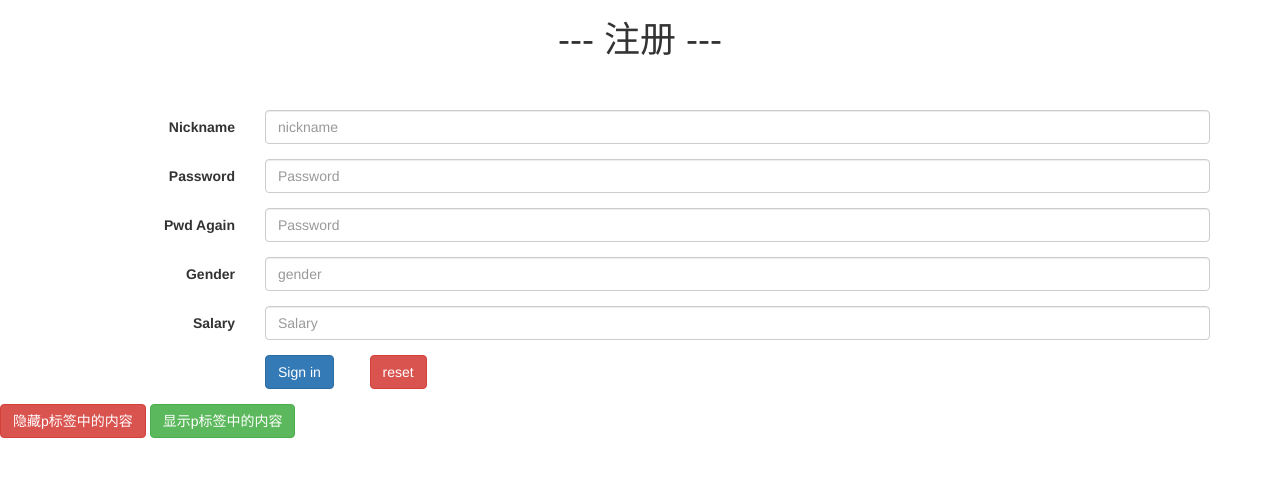
Repository: JuniorProjectTraining/free
Page: http://localhost/emss/register.jsp
These files come from the project's save history. The page is drawn as it stood at one moment and after the next save; the edit follows.
The browser window is 1280 px wide. The pictures show the whole page.
Some web libraries are served in a nearby version. The page is served by Tomcat 9. Other server files are loaded and not shown.

Above is the page before, as saved 2019-12-25 08:40:16.

### emss/src/main/webapp/register.jsp
<%@ page language="java" contentType="text/html; charset=UTF-8"
    pageEncoding="UTF-8"%>
<!DOCTYPE html>
<html lang="zh-CN">
<head>
<meta charset="UTF-8">
<title>注册界面</title>

<meta http-equiv="X-UA-Compatible" content="IE=edge">
<meta name="viewport" content="width=device-width, initial-scale=1">
<!-- 上述3个meta标签*必须*放在最前面，任何其他内容都*必须*跟随其后！ -->
<title>Bootstrap 101 Template</title>

<!-- 引入jquery框架 -->
<script src="https://cdn.staticfile.org/jquery/1.10.2/jquery.min.js"></script>

<!-- Bootstrap -->

<link
	href="https://cdn.jsdelivr.net/npm/bootstrap@3.3.7/dist/css/bootstrap.min.css"
	rel="stylesheet">

    <style type="text/css">
    	input{
    		width: 200px;
    	}

    </style>

</head>


<body>
	<div class="container">
		<h1 style="text-align: center;"> --- 注册 ---</h1>
		<br>
		<br>

		<form class="form-horizontal" action="${pageContext.request.contextPath}/EmpServlet?cmd=register"
		method="post">

			<div class="form-group">
				<label for="nickname" class="col-sm-2 control-label">Nickname</label>
				<div class="col-sm-10">
					<input type="text" class="form-control" id="nickname"
						placeholder="nickname" name="nickname" onclick="nMsg()">
				</div>
				<span id = "nicknameSpan"></span>
			</div>

			<div class="form-group">
				<label for="password1" class="col-sm-2 control-label">Password</label>
				<div class="col-sm-10">
					<input type="password" class="form-control" id="password1"
						placeholder="Password" name="password">
				</div>
				<span id = "password1Span"></span>
			</div>

			<div class="form-group">
				<label for="password2" class="col-sm-2 control-label">Pwd Again</label>
				<div class="col-sm-10">
					<input type="password" class="form-control" id="password2"
						placeholder="Password">
				</div>
				<span id = "password2Span"></span>
			</div>

			<div class="form-group">
				<label for="gender" class="col-sm-2 control-label">Gender</label>
				<div class="col-sm-10">
					<input type="text" class="form-control" id="gender"
						placeholder="gender">
				</div>
				<span id = "gender"></span>
			</div>

			<div class="form-group">
				<label for="salary" class="col-sm-2 control-label">Salary</label>
				<div class="col-sm-10">
					<input type="text" class="form-control" id="salary"
						placeholder="Salary" name="salary">
				</div>
				<span id = "salarySpan"></span>
			</div>

			<div class="form-group">
				<div class="col-sm-offset-2 col-sm-10">
					<button type="submit" class="btn btn-primary">Sign in</button>
					&emsp;&emsp;
					<button type="reset" class="btn btn-danger">reset</button>
				</div>
			</div>

		</form>
	</div>

	<!-- /container -->
	<!-- jQuery (Bootstrap 的所有 JavaScript 插件都依赖 jQuery，所以必须放在前边) -->
	<script
		src="https://cdn.jsdelivr.net/npm/jquery@1.12.4/dist/jquery.min.js"></script>
	<!-- 加载 Bootstrap 的所有 JavaScript 插件。你也可以根据需要只加载单个插件。 -->
	<script
		src="https://cdn.jsdelivr.net/npm/bootstrap@3.3.7/dist/js/bootstrap.min.js"></script>

		<button id="hideP" class="btn btn-danger">隐藏p标签中的内容</button>
		<button id="showP" class="btn btn-success">显示p标签中的内容</button>

</body>

<script type="text/javascript">

	/* 当光标放入到nickname的输入框中, 则提示输入信息 */
	function nMsg(){
		// alert("点击了nickname输入框");

		// 获取对应的span标签,
		var nSpan = document.getElementById("nicknameSpan");

		// 在span标签中显示提示内容
		nSpan.innerHTML = "<font color='blue'>请输入8到16位的昵称</font>";
	}

	/* 当光标放入到password的输入框中, 则提示输入信息 */
	function nMsg(){
		var nSpan = document.getElementById("password");
		nSpan.innerHTML = "<font color='blue'>请输入8到16位的密码</font>";
	}

	/* 当光标放入到pwd again的输入框中, 则提示输入信息 */
	function nMsg(){
		var nSpan = document.getElementById("password");
		nSpan.innerHTML = "<font color='blue'>请重复输入相同的密码</font>";
	}

	/* 当光标放入到password的输入框中, 则提示输入信息 */
	function nMsg(){
		var nSpan = document.getElementById("password");
		nSpan.innerHTML = "<font color='blue'>请输入工资</font>";
	}

</script>
</html>

After the next save:
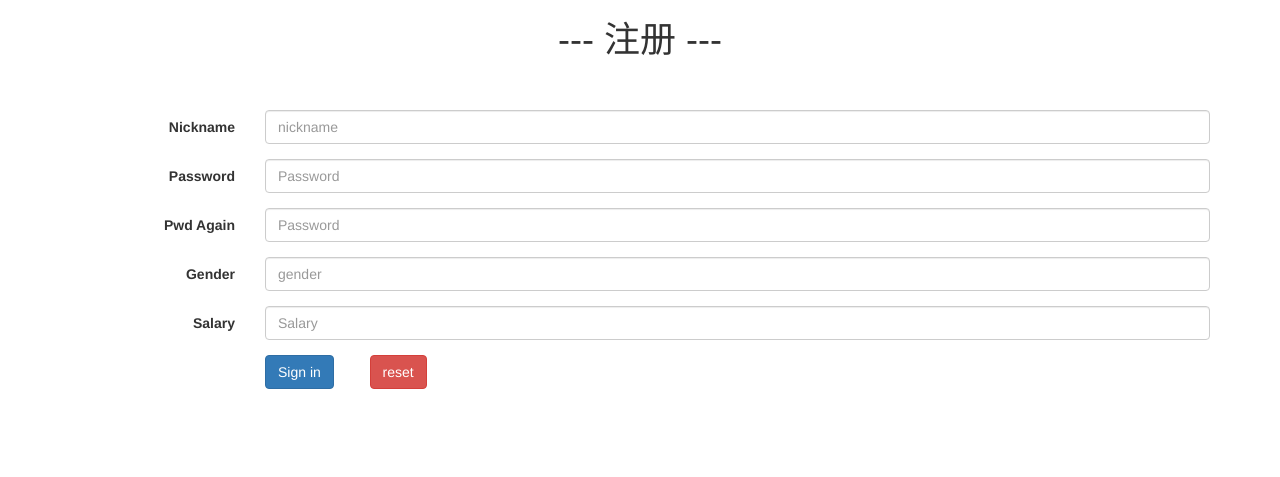
Saved 110 s later.
--- a/emss/src/main/webapp/register.jsp
+++ b/emss/src/main/webapp/register.jsp
@@ -103,9 +103,6 @@
 	<script
 		src="https://cdn.jsdelivr.net/npm/bootstrap@3.3.7/dist/js/bootstrap.min.js"></script>
 
-		<button id="hideP" class="btn btn-danger">隐藏p标签中的内容</button>
-		<button id="showP" class="btn btn-success">显示p标签中的内容</button>
-
 </body>
 
 <script type="text/javascript">
